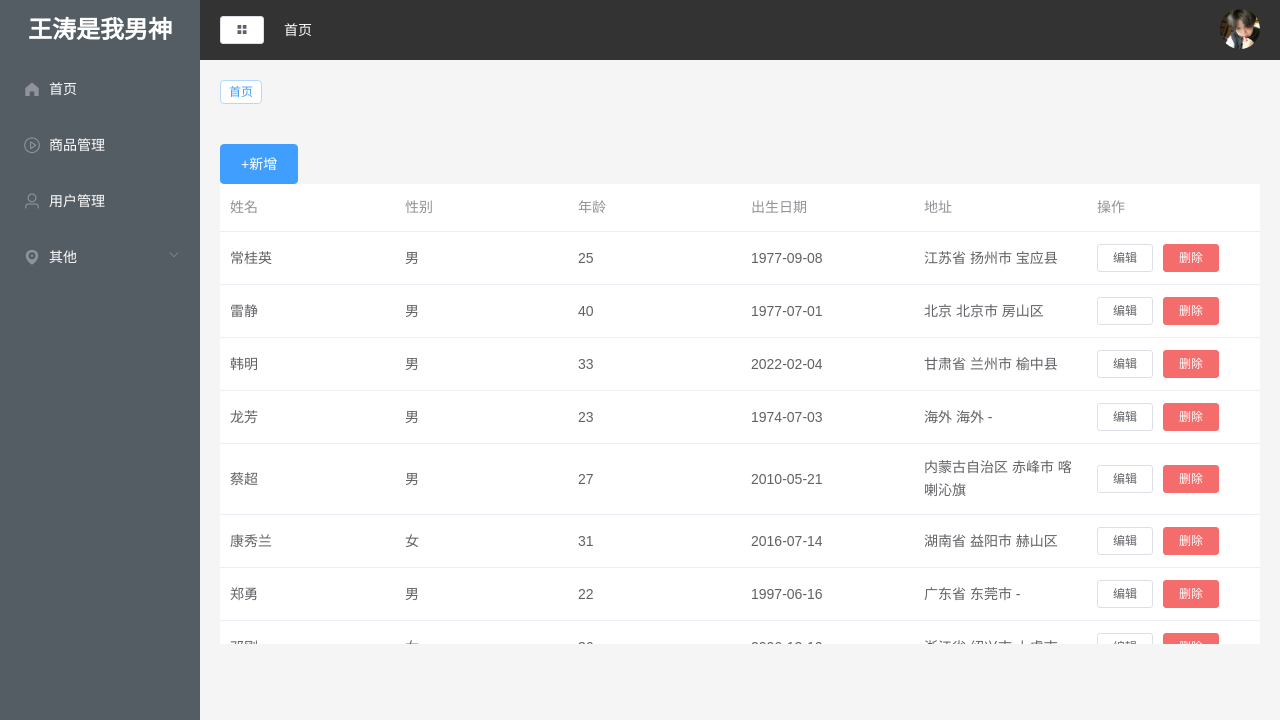
Repository: wangtao20230308/-
Page: /user
An editor plug-in stored every save of this project. The page is shown before and after the next save, followed by the edit.
The browser window is 1280 px wide. The pictures show the whole page.
The project was rebuilt for these pictures with package versions that can differ from the ones it lists, and the page was loaded fresh each time. Also part of the build but not shown: src/views/Home.vue, src/views/Mall.vue, src/views/PageOne.vue, src/views/PageTwo.vue.

Above is the page before, as saved 2023-03-27 12:41:43.

### src/main.js
import Vue from 'vue'
import App from './App.vue'
// //element-ui全局引入
// import ElementUI from 'element-ui';
// import 'element-ui/lib/theme-chalk/index.css';
// //element-ui转换成一个插件
// Vue.use(ElementUI);

//ele按需导入
import { MessageBox, DatePicker, Select, Option, Form, FormItem, Input, Dialog, Tag, Breadcrumb, BreadcrumbItem, Table, TableColumn, Col, Row, Card, Button, Radio, Container, Aside, Header, Main, Menu, Submenu, MenuItemGroup, MenuItem, Dropdown, DropdownMenu, DropdownItem } from 'element-ui'
import 'element-ui/lib/theme-chalk/index.css'
import './assets/less/index.less'
Vue.use(Button)
Vue.use(Radio)
Vue.use(Container)
Vue.use(Aside)
Vue.use(Header)
Vue.use(Main)
Vue.use(Menu)
Vue.use(Submenu)
Vue.use(MenuItemGroup)
Vue.use(MenuItem)
Vue.use(Dropdown)
Vue.use(DropdownMenu)
Vue.use(DropdownItem)
Vue.use(Card)
Vue.use(Row)
Vue.use(Col)
Vue.use(Table)
Vue.use(TableColumn)
Vue.use(Breadcrumb)
Vue.use(BreadcrumbItem)
Vue.use(Tag)
Vue.use(Dialog)
Vue.use(Form)
Vue.use(FormItem)
Vue.use(Input)
Vue.use(Select)
Vue.use(Option)
Vue.use(DatePicker)

Vue.component(MessageBox.name, MessageBox) // 全局注册组件， 若使用Vue.use()会再初始时候执行一次，有bug
Vue.prototype.$message = MessageBox // 挂载到vm实例上
Vue.prototype.$confirm = MessageBox // 挂载到vm实例上

//路由引入
import router from './router'
import store from './store'
import './api/mock'

Vue.config.productionTip = false

new Vue({
  router,
  store, //把store挂载到vue实例上
  render: (h) => h(App),
}).$mount('#app')

### src/App.vue
<template>
  <div id="app">
    <router-view></router-view>
  </div>
</template>

<script>
//import HelloWorld from './components/HelloWorld.vue'

export default {
  name: 'App',
  components: {
    //HelloWorld
  },
}
</script>

<style lang="less">
html,
body,
h3,
p {
  padding: 0;
  margin: 0;
}
#app {
  height: 100vh;
}
</style>

### src/router/index.js
//import { hasOwnMetadata } from 'core-js/fn/reflect'
import Vue from 'vue'
import VueRouter from 'vue-router'
import Main from '../views/Main.vue'
import Home from '../views/Home.vue'
import User from '../views/User.vue'
import Mall from '../views/Mall.vue'
import PageOne from '../views/PageOne.vue'
import PageTwo from '../views/PageTwo.vue'

Vue.use(VueRouter)

const routes = [
  //主路由
  {
    path: '/',
    name: 'Main',
    //按需引入组件
    //原型：component: import()
    component: Main,
    redirect: '/home',
    children: [
      //子路由（嵌套路由）
      {
        //首页
        path: 'home',
        name: 'home',
        component: Home,
      },
      {
        //用户页
        path: 'user',
        name: 'user',
        component: User,
      },
      {
        //商品管理
        path: 'mall',
        name: 'mall',
        component: Mall,
      },
      {
        //页面1
        path: 'page1',
        name: 'page1',
        component: PageOne,
      },
      {
        //页面2
        path: 'page2',
        name: 'page2',
        component: PageTwo,
      },
      // {
      //   path: '/user',
      //   name: 'user',
      //   //按需引入组件
      //   //原型：component: import()
      //   component: () => import('../views/User')
      // }
    ],
  },
]

// new VueRouter({
//   mode: 'history',
// })
const router = new VueRouter({
  mode: 'history',
  routes,
})

//导出路由
export default router

### src/store/index.js
import Vue from 'vue'
import Vuex from 'vuex'
import tab from './tab'

//全局注入状态管理vuex
Vue.use(Vuex)

//创建vuex的实例
export default new Vuex.Store({
  modules: {
    tab,
  },
})

### src/api/mock.js
import Mock from 'mockjs'
import homeApi from './mockServeData/home'
import user from './mockServeData/user'

//定义mock请求拦截
// Mock.mock('/api/home/getData', 'get', function () {
//   //拦截到请求后的处理逻辑
//   console.log('拦截到了')
//   return 1
// })
Mock.mock('/api/home/getData', 'get', homeApi.getStatisticalData)

//用户列表的数据
Mock.mock('/api/user/add', 'post', user.createUser) //新增
Mock.mock('/api/user/edit', 'post', user.updateUser) //编辑
Mock.mock('/api/user/del', 'post', user.deleteUser) //删除
Mock.mock('/api/user/getUser', 'get', user.getUserList) //获取表格数据

### src/assets/less/home.less
.home {
    .user {
      display: flex;
      align-items: center;
      padding-bottom: 20px;
      margin-bottom: 20px;
      border-bottom: 1px solid #ccc;
      img {
        width: 150px;
        height: 150px;
        border-radius: 50%;
        margin-right: 40px;
      }
      &info {
        .name {
          font-size: 32px;
          margin-bottom: 10px;
        }
        .access {
          color: #999999;
        }
      }
    }
    .login-info {
      p {
        line-height: 28px;
        font-size: 14px;
        color: #999999;
        span {
          color: #666666;
          margin-left: 60px;
        }
      }
    }
    .num {
      display: flex;
      flex-wrap: wrap;
      justify-content: space-between;
      .el-card {
        width: 32%;
        margin-bottom: 20px;
      }
      .icon {
        font-size: 30px;
        width: 80px;
        height: 80px;
        text-align: center;
        line-height: 80px;
        color: #fff;
      }
      .detail {
        margin-left: 15px;
        display: flex;
        flex-direction: column;
        justify-content: center;
        .num {
          font-size: 30px;
          margin-bottom: 10px;
        }
        .txt {
          font-size: 14px;
          text-align: center;
          color: #999999;
        }
      }
    }
    .graph {
      margin-top: 20px;
      display: flex;
      justify-content: space-between;
      .el-card {
        width: 48%;
      }
    }
  }

### src/views/Main.vue
<template>
  <el-container style="height: 100%">
    <el-aside width="auto">
      <!-- aside -->
      <common-aside></common-aside>
    </el-aside>
    <el-container>
      <el-header>
        <!-- Header -->
        <common-header></common-header>
      </el-header>
      <common-tag />
      <el-main>
        <!-- 路由出口，匹配到的组件都渲染在这里 -->
        <router-view></router-view>
      </el-main>
    </el-container>
  </el-container>
</template>

<script>
import CommonAside from '../components/CommonAside.vue'
import CommonHeader from '../components/CommonHeader.vue'
import commonTag from '../components/commonTag.vue'
export default {
  name: 'Main',
  components: {
    CommonAside,
    CommonHeader,
    commonTag,
  },
  data() {
    return {}
  },
}
</script>

<style lang="less" scoped>
.el-header {
  background-color: #333;
}
// .el-main {
//   padding-top: 0;
// }
</style>

### src/views/User.vue
<template>
  <div class="manage">
    <div>
      <el-dialog title="提示" :visible.sync="dialogVisible" width="50%" :before-close="handleClose">
        <!-- 用户的表单信息 -->
        <el-form ref="form" :model="form" label-width="80px" :inline="true" :rules="rules">
          <el-form-item label="姓名" prop="name">
            <el-input placeholder="请输入姓名" v-model="form.name"></el-input>
          </el-form-item>
          <el-form-item label="年龄" prop="age">
            <el-input placeholder="请输入年龄" v-model="form.age"></el-input>
          </el-form-item>
          <el-form-item label="性别" prop="sex">
            <el-select v-model="form.sex" placeholder="请选择">
              <el-option label="男" :value="1"></el-option>
              <el-option label="女" :value="0"></el-option>
            </el-select>
          </el-form-item>
          <el-form-item label="出生日期" prop="birth">
            <el-date-picker v-model="form.birth" type="datetime" placeholder="选择日期时间" value-format="yyyy-DD-MM"> </el-date-picker>
          </el-form-item>
          <el-form-item label="地址" prop="addr">
            <el-input placeholder="请输入地址" v-model="form.addr"></el-input>
          </el-form-item>
        </el-form>
        <span slot="footer" class="dialog-footer">
          <el-button @click="cancel">取 消</el-button>
          <el-button type="primary" @click="submit">确 定</el-button>
        </span>
      </el-dialog>
    </div>
    <div class="manage-header">
      <el-button type="primary" @click="handleAdd">+新增</el-button>
      <el-table :data="tableData" style="width: 100%">
        <el-table-column prop="name" label="姓名"> </el-table-column>
        <el-table-column prop="sex" label="性别">
          <template slot-scope="scope">
            <span>{{ scope.row.sex === 1 ? '男' : '女' }}</span>
          </template>
        </el-table-column>
        <el-table-column prop="age" label="年龄"> </el-table-column>
        <el-table-column prop="birth" label="出生日期"> </el-table-column>
        <el-table-column prop="addr" label="地址"> </el-table-column>
        <el-table-column prop="action" label="操作">
          <template slot-scope="scope">
            <el-button size="mini" @click="handleEidt(scope.row)">编辑</el-button>
            <el-button size="mini" type="danger" @click="handleDelete(scope.row)">删除</el-button>
          </template>
        </el-table-column>
      </el-table>
    </div>
  </div>
</template>
<script>
import { getUser, addUser, editUser, delUser } from '../api'
export default {
  name: 'User',
  data() {
    return {
      dialogVisible: false,
      form: {
        name: '',
        age: '',
        sex: '',
        birth: '',
        addr: '',
      },
      rules: {
        name: [{ required: true, message: '请输入姓名', trigger: 'blur' }],
        age: [{ required: true, message: '请输入年龄', trigger: 'blur' }],
        sex: [{ required: true, message: '请选择性别', trigger: 'blur' }],
        birth: [{ required: true, message: '请输入出生日期', trigger: 'blur' }],
        addr: [{ required: true, message: '请输入地址', trigger: 'blur' }],
      },
      tableData: [],
      modalType: 0, //通过该字段管理弹窗是新增还是删除，0表示新增，1表示删除
    }
  },
  methods: {
    //点击确定，提交用户表单
    submit() {
      this.$refs.form.validate((valid) => {
        //判断是否校验，参数valid为boolean值
        if (valid) {
          //校验成功，后续对表单的处理
          console.log(valid, 'valid')
          console.log(this.form, '拿到表单提交后的form数据')
          if (this.modalType === 0) {
            //如果·为0，调用新增接口addUser
            addUser(this.form).then(() => {
              //重新获取列表数据
              this.getList()
            })
          } else {
            editUser(this.form).then(() => {
              //重新获取列表数据
              this.getList()
            })
          }
          this.$refs.form.resetFields()
          //关闭弹窗
          this.dialogVisible = false
        }
      })
    },
    handleClose() {
      this.$refs.form.resetFields()
      this.dialogVisible = false
    },
    cancel() {
      this.handleClose()
    },
    // cancel() {
    //   this.$refs.form.resetFields()
    //   this.dialogVisible = false
    // },
    handleAdd() {
      this.modalType = 0
      this.dialogVisible = true
    },
    handleEidt(rowData) {
      this.modalType = 1
      console.log(rowData)
      this.dialogVisible = true
      //需要深拷贝，不然会直接修改会改变tableData里面的数据，会报错
      this.form = JSON.parse(JSON.stringify(rowData))
    },
    handleDelete(rowData) {
      console.log(rowData)
      this.$confirm('此操作将永久删除该文件, 是否继续?', '提示', {
        confirmButtonText: '确定',
        cancelButtonText: '取消',
        type: 'warning',
      })
        .then(() => {
          delUser({ id: rowData.id }).then(() => {
            this.$message({
              type: 'success',
              message: '删除成功!',
            })
            //重新获取列表数据
            this.getList()
          })
        })
        .catch(() => {
          this.$message({
            type: 'info',
            message: '已取消删除',
          })
        })
    },
    //公共，获取列表数据
    getList() {
      // 获取列表数据
      getUser().then(({ data }) => {
        console.log(data, 'data')
        this.tableData = data.list
      })
    },
  },
  mounted() {
    //每次加载重新刷新列表数据
    this.getList()
  },
}
</script>

<style lang="less" scoped>
.manage {
  height: 90%;
}
</style>

### src/store/tab.js
//用来管理菜单的数据
export default {
  state: {
    isCollapse: false, // 控制菜单的展开还是收起
    tabsList: [
      {
        path: '/',
        name: 'home',
        label: '首页',
        icon: 's-home',
        url: 'Home/Home',
      },
    ], //面包屑数据
  },
  mutations: {
    //修改菜单展开收起的方法
    collapseMenu(state) {
      state.isCollapse = !state.isCollapse
    },
    //更新面包屑数据
    selectMenu(state, val) {
      //判断添加的数据是否为首页
      if (val.name !== 'home') {
        const index = state.tabsList.findIndex((item) => item.name === val.name)
        //如果不存在
        if (index === -1) {
          state.tabsList.push(val)
        }
      }
    },
    //删除指定的tag数据
    closeTag(state, item) {
      console.log(item, 'item')
      const index = state.tabsList.findIndex((val) => val.name === item.name)
      state.tabsList.splice(index, 1)
    },
  },
}

### src/api/mockServeData/home.js
// mock数据模拟
import Mock from 'mockjs'

// 图表数据
let List = []
export default {
  getStatisticalData: () => {
    //Mock.Random.float 产生随机数100到8000之间 保留小数 最小0位 最大0位
    for (let i = 0; i < 7; i++) {
      List.push(
        Mock.mock({
          苹果: Mock.Random.float(100, 8000, 0, 0),
          vivo: Mock.Random.float(100, 8000, 0, 0),
          oppo: Mock.Random.float(100, 8000, 0, 0),
          魅族: Mock.Random.float(100, 8000, 0, 0),
          三星: Mock.Random.float(100, 8000, 0, 0),
          小米: Mock.Random.float(100, 8000, 0, 0),
        })
      )
    }
    return {
      code: 20000,
      data: {
        // 饼图
        videoData: [
          {
            name: '小米',
            value: 2999,
          },
          {
            name: '苹果',
            value: 5999,
          },
          {
            name: 'vivo',
            value: 1500,
          },
          {
            name: 'oppo',
            value: 1999,
          },
          {
            name: '魅族',
            value: 2200,
          },
          {
            name: '三星',
            value: 4500,
          },
        ],
        // 柱状图
        userData: [
          {
            date: '周一',
            new: 5,
            active: 200,
          },
          {
            date: '周二',
            new: 10,
            active: 500,
          },
          {
            date: '周三',
            new: 12,
            active: 550,
          },
          {
            date: '周四',
            new: 60,
            active: 800,
          },
          {
            date: '周五',
            new: 65,
            active: 550,
          },
          {
            date: '周六',
            new: 53,
            active: 770,
          },
          {
            date: '周日',
            new: 33,
            active: 170,
          },
        ],
        // 折线图
        orderData: {
          date: ['20191001', '20191002', '20191003', '20191004', '20191005', '20191006', '20191007'],
          data: List,
        },
        //表格数据
        tableData: [
          {
            name: 'oppo',
            todayBuy: 500,
            monthBuy: 3500,
            totalBuy: 22000,
          },
          {
            name: 'vivo',
            todayBuy: 300,
            monthBuy: 2200,
            totalBuy: 24000,
          },
          {
            name: '苹果',
            todayBuy: 800,
            monthBuy: 4500,
            totalBuy: 65000,
          },
          {
            name: '小米',
            todayBuy: 1200,
            monthBuy: 6500,
            totalBuy: 45000,
          },
          {
            name: '三星',
            todayBuy: 300,
            monthBuy: 2000,
            totalBuy: 34000,
          },
          {
            name: '魅族',
            todayBuy: 350,
            monthBuy: 3000,
            totalBuy: 22000,
          },
        ],
      },
    }
  },
}

### src/components/CommonAside.vue
<template>
  <el-menu default-active="1-4-1" class="el-menu-vertical-demo" @open="handleOpen" @close="handleClose" :collapse="isCollapse" background-color="#545c64" text-color="#fff" active-text-color="#ffd04b">
    <h3>{{ isCollapse ? '王涛' : '王涛是我男神' }}</h3>
    <el-menu-item @click="clickMenu(item)" v-for="item in noChildrenMenu" :key="item.name" :index="item.name">
      <i :class="`el-icon-${item.icon}`"></i>
      <span slot="title">{{ item.label }}</span>
    </el-menu-item>
    <el-submenu v-for="item in hasChildrenMenu" :key="item.label" :index="item.label">
      <template slot="title">
        <i :class="`el-icon-${item.icon}`"></i>
        <span slot="title">{{ item.label }}</span>
      </template>
      <el-menu-item-group v-for="subItem in item.children" :key="subItem.path">
        <el-menu-item @click="clickMenu(subItem)" :index="subItem.path">{{ subItem.label }}</el-menu-item>
      </el-menu-item-group>
    </el-submenu>
  </el-menu>
</template>

<style lang="less">
.el-menu-vertical-demo:not(.el-menu--collapse) {
  width: 200px;
  min-height: 400px;
}
.el-menu {
  height: 100vh;
  border-right: none;
  h3 {
    color: #fff;
    // height: 48px;
    text-align: center;
    line-height: 60px;
    font-size: 24px;
    font-weight: 700;
    //喜欢哈哈哈
  }
}
</style>

<script>
export default {
  data() {
    return {
      // isCollapse: false,
      menuData: [
        {
          path: '/',
          name: 'home',
          label: '首页',
          icon: 's-home',
          url: 'Home/Home',
        },
        {
          path: '/mall',
          name: 'mall',
          label: '商品管理',
          icon: 'video-play',
          url: 'MallManage/MallManage',
        },
        {
          path: '/user',
          name: 'user',
          label: '用户管理',
          icon: 'user',
          url: 'UserManage/UserManage',
        },
        {
          label: '其他',
          icon: 'location',
          children: [
            {
              path: '/page1',
              name: 'page1',
              label: '页面1',
              icon: 'setting',
              url: 'Other/PageOne',
            },
            {
              path: '/page2',
              name: 'page2',
              label: '页面2',
              icon: 'setting',
              url: 'Other/PageTwo',
            },
          ],
        },
      ],
    }
  },
  methods: {
    handleOpen(key, keyPath) {
      console.log(key, keyPath)
    },
    handleClose(key, keyPath) {
      console.log(key, keyPath)
    },
    clickMenu(item) {
      console.log('======', item)
      if (this.$route.path !== item.path && !(this.$route.path === '/home' && item.path === '/')) this.$router.push(item.path)
      this.$store.commit('selectMenu', item)
    },
  },
  computed: {
    //没有子菜单的导航栏
    noChildrenMenu() {
      return this.menuData.filter((item) => !item.children)
    },
    //有子菜单的导航栏-->其他
    hasChildrenMenu() {
      return this.menuData.filter((item) => item.children)
    },
    isCollapse() {
      return this.$store.state.tab.isCollapse
    },
  },
}
</script>

### src/components/CommonHeader.vue
<template>
  <header>
    <div class="l-content">
      <el-button plain icon="el-icon-menu" size="mini" @click="handleMenu"></el-button>
      <!-- 面包屑 -->
      <el-breadcrumb separator="/">
        <el-breadcrumb-item v-for="item in tags" :key="item.path" :to="{ path: item.path }">{{ item.label }}</el-breadcrumb-item>
      </el-breadcrumb>
    </div>
    <div class="r-content">
      <el-dropdown trigger="click" size="mini">
        <span>
          <img class="user" :src="userImg" />
        </span>
        <el-dropdown-menu slot="dropdown">
          <el-dropdown-item>个人中心</el-dropdown-item>
          <el-dropdown-item>退出</el-dropdown-item>
        </el-dropdown-menu>
      </el-dropdown>
    </div>
  </header>
</template>

<script>
import { mapState } from 'vuex'
export default {
  name: 'CommonHeader',
  data() {
    return {
      userImg: require('../assets/images/user.png'),
    }
  },
  methods: {
    handleMenu() {
      this.$store.commit('collapseMenu')
    },
  },
  computed: {
    ...mapState({
      tags: (state) => state.tab.tabsList,
    }),
  },
}
</script>

<style lang="less" scoped>
header {
  display: flex;
  height: 100%;
  justify-content: space-between;
  align-items: center;
}
.l-content {
  display: flex;
  align-items: center;
  .el-button {
    margin-right: 20px;
  }
  /deep/ .el-breadcrumb__item {
    .el-breadcrumb__inner {
      font-style: normal;
      &.is-link {
        color: #666;
      }
    }
    &:last-child {
      .el-breadcrumb__inner {
        color: #fff;
      }
    }
  }
}
.r-content {
  .user {
    width: 40px;
    height: 40px;
    border-radius: 50%;
  }
}
</style>

### src/components/commonTag.vue
<template>
  <div class="tabs">
    <el-tag v-for="(item, index) in tags" :key="item.path" :effect="$route.name === item.name ? 'dark' : 'plain'" :closable="item.name !== 'home'" @click="changeMenu(item)" @close="handleClose(item, index)" size="small">
      {{ item.label }}
    </el-tag>
  </div>
</template>

<script>
import { mapState, mapMutations } from 'vuex'
export default {
  name: 'CommonTag',
  data() {
    return {}
  },
  computed: {
    ...mapState({
      tags: (state) => state.tab.tabsList,
    }),
  },
  methods: {
    ...mapMutations(['closeTag']),
    //点击tag跳转的功能
    changeMenu(item) {
      this.$router.push({ name: item.name })
    },
    //点击tag删除的功能
    handleClose(item, index) {
      // 调用store中的mutations
      this.closeTag(item)
      const length = this.tags.length
      //删除之后的跳转逻辑，1.删除非激活标签
      if (item.name !== this.$route.name) {
        return
      }
      //2.表示删除的最后一项激活标签
      if (index === length) {
        this.$router.push({ name: this.tags[index - 1].name })
      } else {
        this.$router.push({ name: this.tags[index].name })
      }
    },
  },
}
</script>

<style lang="less" scoped>
.tabs {
  padding: 20px;
  .el-tag {
    margin-right: 15px;
    cursor: pointer;
  }
}
</style>

### src/api/index.js
import http from '../utils/requst'

//请求首页数据
export const getData = () => {
  //返回一个promise对象,/home/getData这个链接由后端提供的get(请求链接，请求参数)
  return http.get('/home/getData')
}

//获取用户user页的列表、新增、编辑、删除数据
export const getUser = (params) => {
  return http.get('/user/getUser', params)
}

export const addUser = (data) => {
  return http.post('/user/add', data)
}

export const editUser = (data) => {
  return http.post('/user/edit', data)
}

export const delUser = (data) => {
  return http.post('/user/del', data)
}

### src/utils/requst.js
// axios的二次封装
import axios from 'axios'

//创建实列
const http = axios.create({
  //通用请求地址的前缀
  baseURL: '/api',
  //超时时间，就是最大的请求时间是多少
  timeout: 10000,
})

// 从axios中文官方文档直接copy，添加请求拦截器
http.interceptors.request.use(
  function (config) {
    // 在发送请求之前做些什么
    return config
  },
  function (error) {
    // 对请求错误做些什么
    return Promise.reject(error)
  }
)

// 添加响应拦截器
http.interceptors.response.use(
  function (response) {
    // 对响应数据做点什么
    return response
  },
  function (error) {
    // 对响应错误做点什么
    return Promise.reject(error)
  }
)

export default http

Loaded but not shown: public/index.html (common file); src/assets/less/index.less (common file); src/assets/less/common.less (common file); src/assets/less/reset.less (common file); src/api/mockServeData/user.js (133 lines, source omitted)

After the next save:
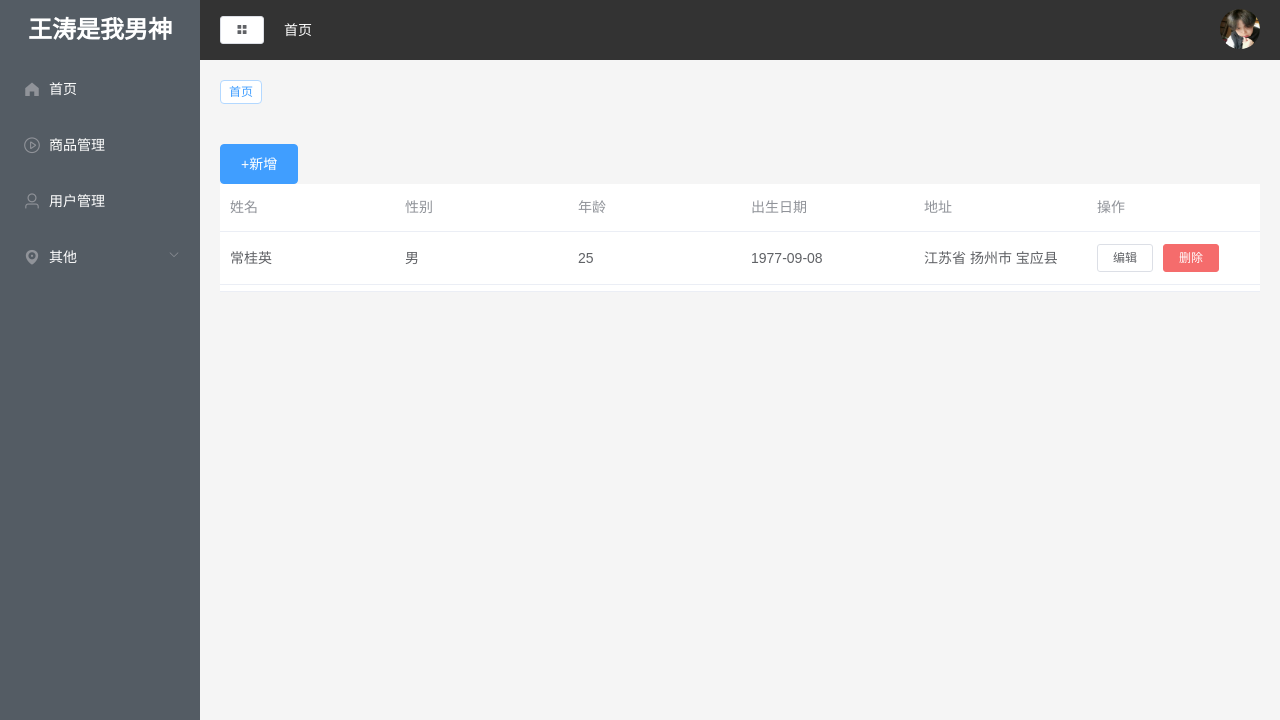
Saved 4 min 3 s later.
--- a/src/views/User.vue
+++ b/src/views/User.vue
@@ -31,7 +31,7 @@
     </div>
     <div class="manage-header">
       <el-button type="primary" @click="handleAdd">+新增</el-button>
-      <el-table :data="tableData" style="width: 100%">
+      <el-table :data="tableData" style="width: 100%" height="90%">
         <el-table-column prop="name" label="姓名"> </el-table-column>
         <el-table-column prop="sex" label="性别">
           <template slot-scope="scope">
